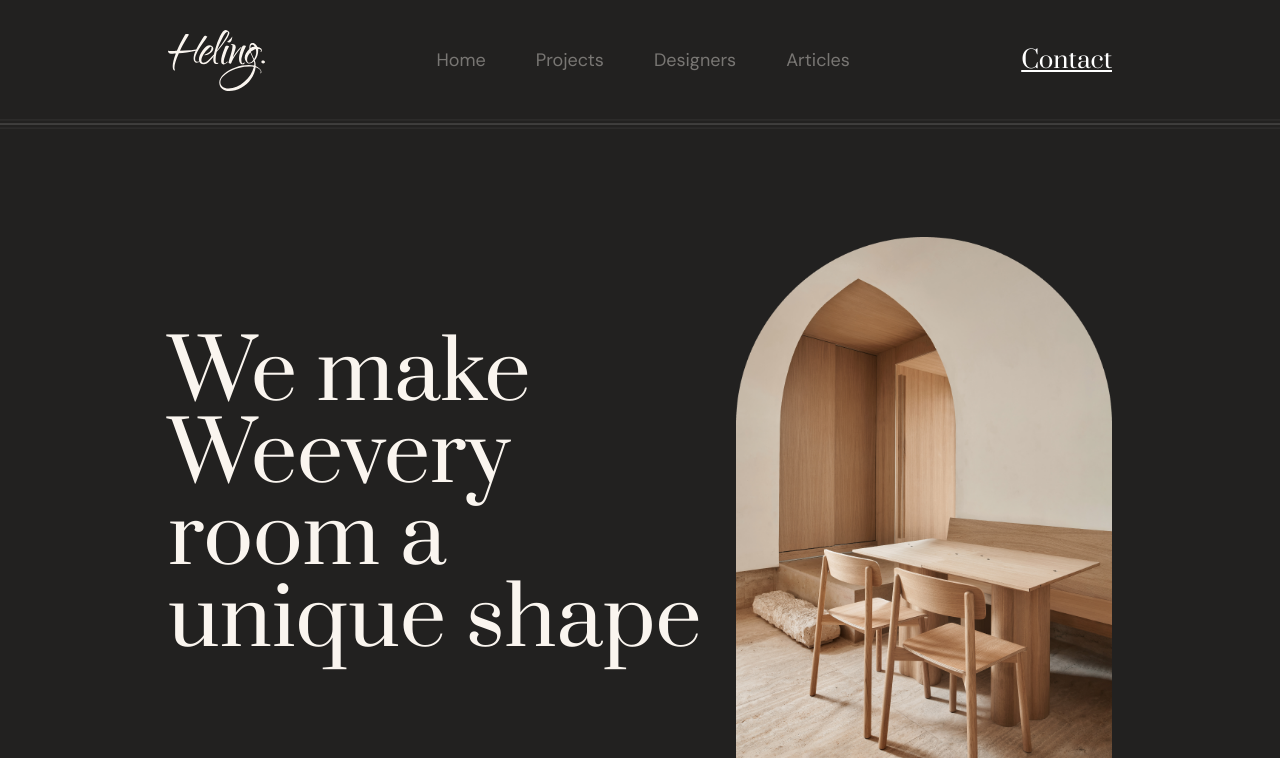
Repository: vandangnhathung/healingui_website
Page: /
The author's editor kept a copy of each file at every save. The page is drawn from the files as they stood at one save, then again after the next save.
The browser window is 1280 px wide. The pictures show the whole page.
The project was rebuilt for these pictures with package versions that can differ from the ones it lists, and the page was loaded fresh each time. Also part of the build but not shown: src/App.css.

Above is the page before, as saved 2022-03-16 13:04:40.

After the next save:
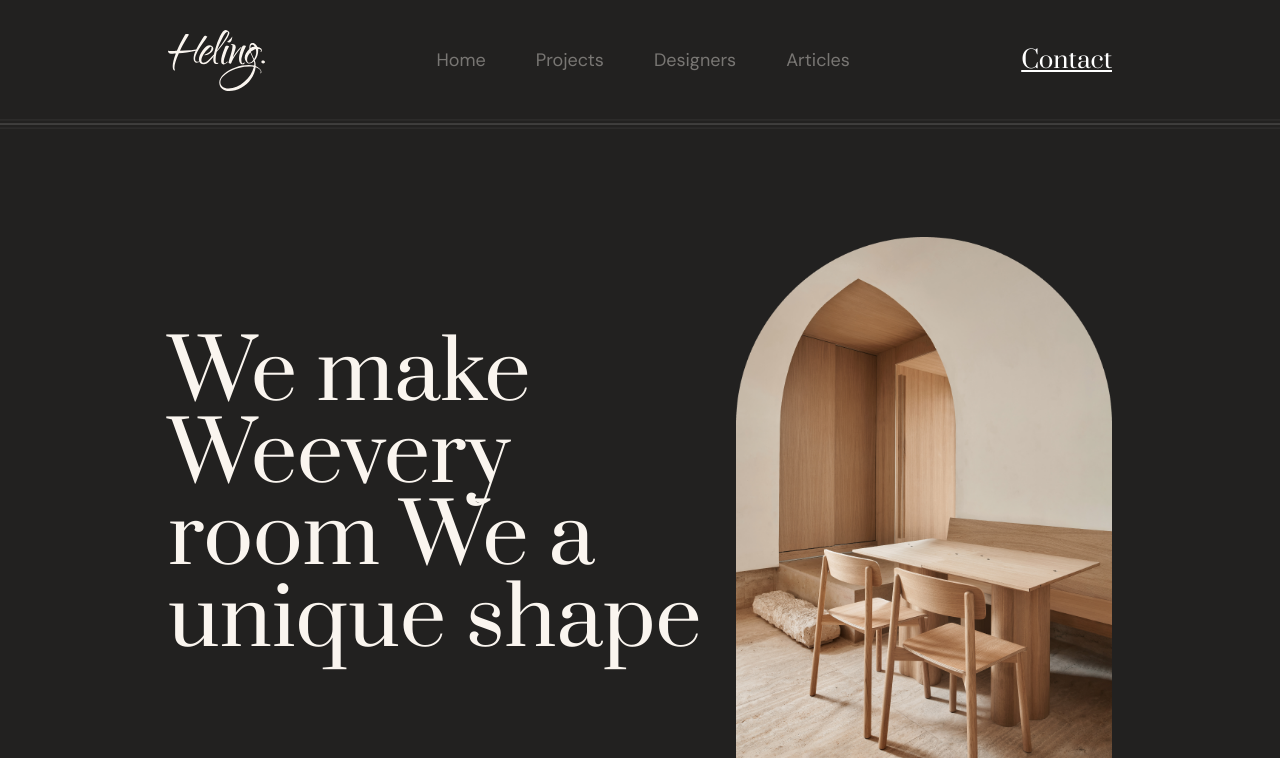
Saved 8 s later.
--- a/src/components/Container/Container.js
+++ b/src/components/Container/Container.js
@@ -32,7 +32,7 @@ const Container = () => {
       <Container>
         <div>
           <Slogan>
-            We make <span>We</span>every room a unique shape
+            We make <span>We</span>every room <span>We</span> a unique shape
           </Slogan>
         </div>
         <div>
